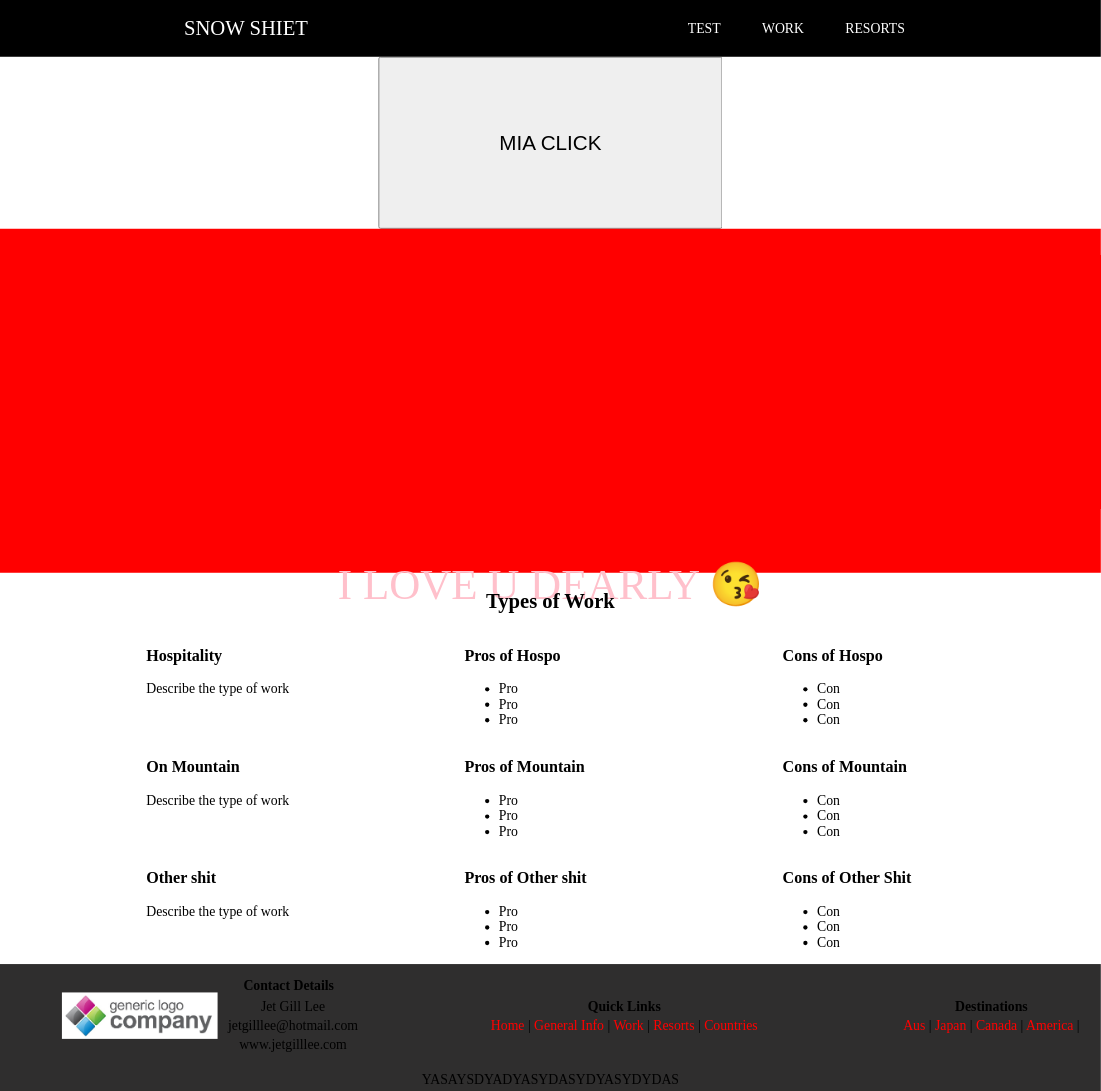
Repository: Jet-Gill-Lee/SnowSite
Page: work-overview.html
These files come from the project's save history. The page is drawn as it stood at one moment and after the next save; the edit follows.
The browser window is 1280 px wide. The pictures show the whole page, at 86% of full size.

Above is the page before, as saved 2021-07-25 00:15:42.

### work-overview.html
<!DOCTYPE html>
<html lang="en">
<head>
    <meta charset="UTF-8">
    <meta http-equiv="X-UA-Compatible" content="IE=edge">
    <meta name="viewport" content="width=device-width, initial-scale=1.0">
    <link rel="stylesheet" href="css/stylesheet.css">
    <script src='navbar.js' defer></script>
    <title>SnowSite</title>
</head>
<body>
<!-- PAGE HEADER -->

  <!-- TOP NAVIGATION BAR -->
  <div class="navbar">
    <div class="brand-title"><a href='index.html'>SNOW SHIET</a></div>
      <a href='#' class='toggle-button'>
      <span class="bar"></span>
      <span class="bar"></span>
      <span class="bar"></span></a>
    <div class="navbar-links">
      <ul>
        <li><a href="submit-stuff.html">TEST</a></li>
        <li><a href="work-overview.html">WORK</a></li>
        <li><a href="resorts-overview.html">RESORTS</a></li>
      </ul>
    </div>
  </div>
  <button id="brodie-button" style='width:400px;height:200px;margin:auto;display:block;font-size:x-large'>MIA CLICK</button>
  <div class="hero-text" style='width:100%;height:400px;font-size:50px;display:block;margin:auto;text-align:center;color:pink;background-color:red;padding-top:30%;'>I LOVE U DEARLY 😘</div>
<!-- MAIN -->
  <div id="page-main">
    <div id="main-info">
      <!-- TYPES OF WORK -->
        <section id="work-section">
        <div id="main-work-div">
            <div class="section-header">
                <h2>Types of Work</h2>
            </div>
            <div class="work-option">
                <div class="work-option-name">
                <h3>Hospitality</h3>
                <p>Describe the type of work</p>
                </div>
                <div class="work-option-pros">
                    <h3>
                        Pros of Hospo
                    </h3>
                    <ul>
                        <li>Pro</li>
                        <li>Pro</li>
                        <li>Pro</li>
                    </ul>
                </div>
                <div class="work-option-cons">
                    <h3>
                        Cons of Hospo
                    </h3>
                    <ul>
                        <li>Con</li>
                        <li>Con</li>
                        <li>Con</li>
                    </ul>
                </div>
            </div>
            <div class="work-option">
                <div class="work-option-name">
                <h3>On Mountain</h3>
                <p>Describe the type of work</p>
                </div>
                <div class="work-option-pros">
                    <h3>
                        Pros of Mountain
                    </h3>
                    <ul>
                        <li>Pro</li>
                        <li>Pro</li>
                        <li>Pro</li>
                    </ul>
                </div>
                <div class="work-option-cons">
                    <h3>
                        Cons of Mountain
                    </h3>
                    <ul>
                        <li>Con</li>
                        <li>Con</li>
                        <li>Con</li>
                    </ul>
                </div>
            </div>
            <div class="work-option">
                <div class="work-option-name">
                <h3>
                    Other shit
                </h3>
                <p>Describe the type of work</p>
                </div>
                <div class="work-option-pros">
                    <h3>
                        Pros of Other shit
                    </h3>
                    <ul>
                        <li>Pro</li>
                        <li>Pro</li>
                        <li>Pro</li>
                    </ul>
                </div>
                <div class="work-option-cons">
                    <h3>
                        Cons of Other Shit
                    </h3>
                    <ul>
                        <li>Con</li>
                        <li>Con</li>
                        <li>Con</li>
                    </ul>
                </div>
            </div>
        </div>
        </section>
      <!-- TYPES OF RESORTS -->
        <section id="resort-info">
          <div id="resorts-main">
          </div>
        </section>
    <!-- FOOTER -->
    <div class="footer">
      <div class='footer-flex-container'>
        <div class="footer-flex-item contact">
          <img src="./image/generic-logo.jpg" alt="" srcset="" style='width:50%'>
          <div class="text-wrapper">
          <h4>Contact Details</h3>
          <p>Jet Gill Lee</p>
          <p>jetgilllee@hotmail.com
          </p>
          <p>www.jetgilllee.com</p>
          </div>
        </div>
        <div class="footer-flex-item flex-gen-links">
          <div class='link-wrapper'>
            <h4>Quick Links</h4>
          <a href="index.html">Home</a> <span> | </span>
          <a href="general-info.html">General Info</a><span> | </span>
          <a href="work-overview.html">Work</a><span> | </span>
          <a href="resorts-overview.html">Resorts</a><span> | </span>
          <a href="country-splash.html">Countries</a>
          </div>
        </div>
        <div class="footer-flex-item flex-links">
          <div class="link-wrapper">
              <h4>Destinations</h4>
            <a href="country.html">Aus</a> <span> | </span>
            <a href="country.html">Japan</a> <span> | </span>
            <a href="country.html">Canada</a> <span> | </span>
            <a href="country.html">America</a> <span> | </span>
          </div>
        </div>
      </div>
      <div class="copyright">YASAYSDYADYASYDASYDYASYDYDAS</div>
</body>
</html>

### css/stylesheet.css
body {
  margin:0;
  padding:0;
}
* {
  box-sizing: border-box;
}
.hero {
  background: url('../image/background-desktop.jpg');
  background-repeat: no-repeat;
  background-size: cover;
  background-position: 50% 0;
  height: 100vh;
}
.navbar {
  display: flex;
  background-color: rgba(0, 0, 0);
  justify-content: space-around;
  align-items: center;
  box-sizing: unset;
}
.brand-title {
  font-size: 1.5rem;
  height: 100%;
}
.brand-title a{
  color: white;
  text-decoration: none;
  padding: 10px;
  display:block;
}
.navbar-links {
  height: 100%;
  align-items: center;
  justify-content: space-around;
}
.navbar-links ul{
  display: flex;
  list-style: none;
  padding: 0;
}
.navbar-links li a {
  padding: 0.5rem 1.5rem;
  text-decoration: none;
  display:block;
  color:white;
}
.navbar-links ul li a:hover {
  background-color: rgba(255, 255, 255, 0.178);
}

.toggle-button {
  display: none;
  flex-direction: column;
  justify-content: space-between;
  width: 30px;
  height: 20px;
  position: absolute;
  top: 1rem;
  right: 1.5rem;
}
.toggle-button .bar {
  width: 100%;
  height: 3px;
  background-color: white;
  border-radius: 10px;
}
.hero-content {
  margin-left: 20%;
  padding-top: 12vh;
}
.hero-text {
  width:45%;
  font-size: 3rem;
  display:none;
}
.hero-text.active {
  display: block;
}
.footer-flex-container {
  display: flex;
  flex-wrap: wrap;
  justify-content: space-between;
}
/* WORK OVERVIEW PAGE */

#main-work-div {
  display:flex;
  flex-direction: column;
  align-items: center;
}
.work-option {
  display: flex;
  width: 100%;
  justify-content: space-evenly;

}
.work-option-name {
  width:200px;
}
.work-option-pros {
  width: 200px;
}
.work-option-cons {
  width: 200px;
}
#main-work-div h2 {
  text-align: center;
  align-self: flex-start;

}

/* FOOTER */
.footer {
  background-color: rgba(14, 13, 13, 0.863);
}
.footer-flex-item {
  min-width: 300px;
  width: 33.3%;
  display:flex;
  align-items: center;
  justify-content: center;
  min-height: 120px;
  text-align: center;
  padding-left: 5%;;
}
.footer-flex-item.flex-links {
 flex: 0.7
}
.footer-flex-item a{
  text-decoration: none;
  color:red;
}
.footer-flex-item a:visited{
  text-decoration: none;
  color: red;
}
.footer-flex-item p {
  padding: 2px;
  margin-bottom: 0;
  margin-top: 0;
  margin-left: 10px;
}
.footer-flex-item h4 {
  margin-top: 0;
  margin-bottom: 5px;
}
.copyright {
  text-align: center;
  width: 100%;
  padding: 5px;

}

@media (max-width: 900px) {
  .hero {
    height: 70vh;
  }
  .navbar-links {
    display:none;
    width: 100%;
  }
  .toggle-button {
    display: flex;
  }
  .hero-content {
    padding-top: 6vh;
  }
  .hero-text {
    position: absolute;
    top: 100px;
    z-index: 1;
  }
  .brand-title {
    padding-left: 20px;
  }
  .navbar {
    flex-direction: column;
    align-items: flex-start;
  }
  .navbar-links ul {
    flex-direction: column;
    align-items: center;
    width: 100%;
  }
  .navbar-links ul li {
    width: 100%;
    text-align: center;
  }
  .navbar-links.active {
    display: flex;
    z-index: 10;
  }
  .footer-flex-container{
    flex-wrap: wrap;
    justify-content: center;
  }
  .footer-flex-item.contact {
    order: 3;
  }
}
@media (max-width: 400px) {
 .hero {
   height: 50vh;
 }
 .hero-content {
   margin: 20px;
 }
 .hero-text {
   padding-top: 10px;
   top: 50px;
   width: 80%;
   word-wrap: break-word;
 }
}

### navbar.js
const toggleButton = document.getElementsByClassName('toggle-button')[0];
const navBarLinks = document.getElementsByClassName('navbar-links')[0];

toggleButton.addEventListener('click', () => {
  navBarLinks.classList.toggle('active')
});


const brodieButton = document.getElementById('brodie-button');
const brodieBitch = document.getElementsByClassName('hero-text')[0]
brodieButton.addEventListener('click', () => {
  brodieBitch.classList.toggle('active')
});

After the next save:
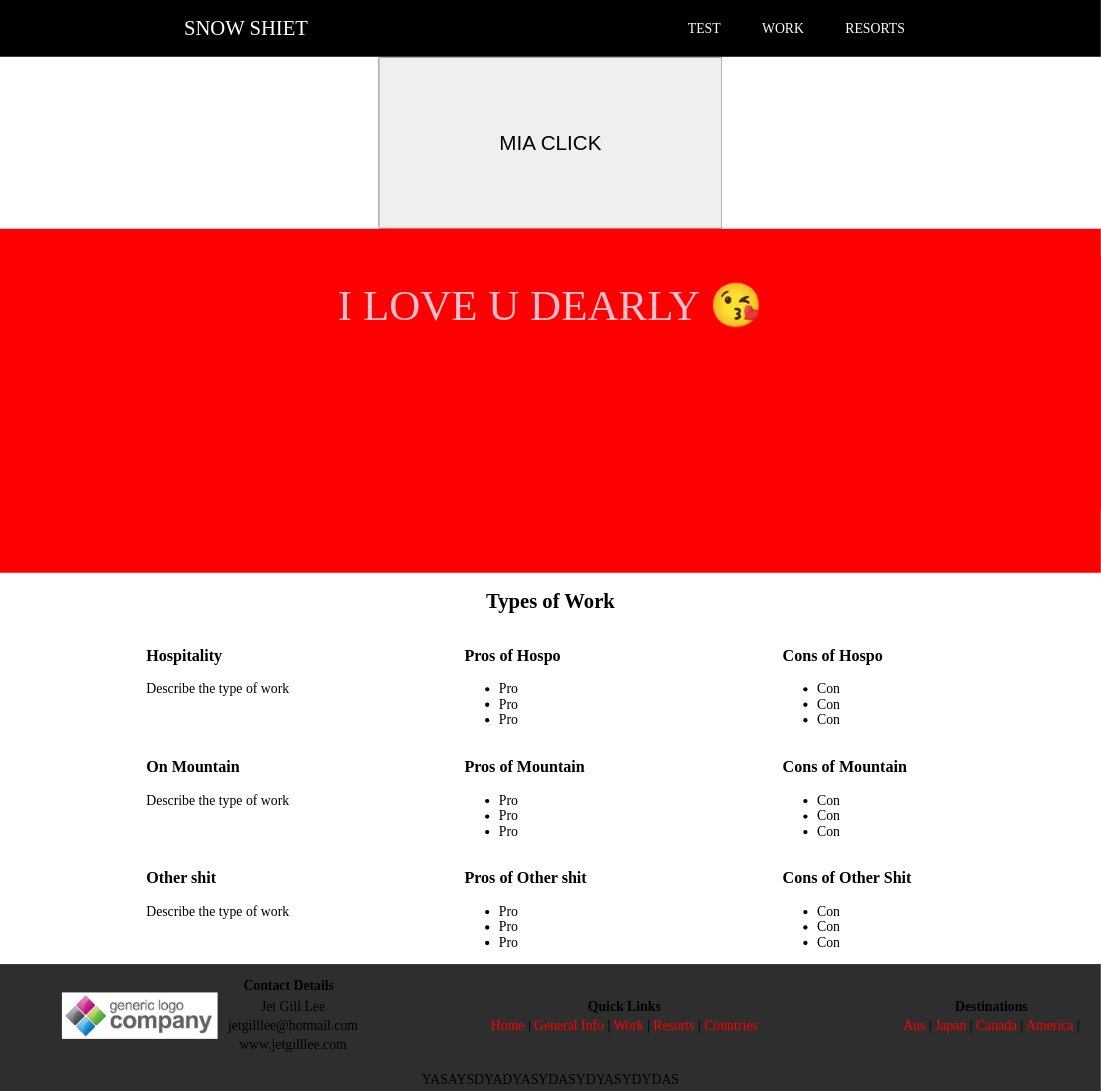
Saved 10 s later.
--- a/work-overview.html
+++ b/work-overview.html
@@ -27,7 +27,7 @@
     </div>
   </div>
   <button id="brodie-button" style='width:400px;height:200px;margin:auto;display:block;font-size:x-large'>MIA CLICK</button>
-  <div class="hero-text" style='width:100%;height:400px;font-size:50px;display:block;margin:auto;text-align:center;color:pink;background-color:red;padding-top:30%;'>I LOVE U DEARLY 😘</div>
+  <div class="hero-text" style='width:100%;height:400px;font-size:50px;display:block;margin:auto;text-align:center;color:pink;background-color:red;padding-top:60px;'>I LOVE U DEARLY 😘</div>
 <!-- MAIN -->
   <div id="page-main">
     <div id="main-info">
